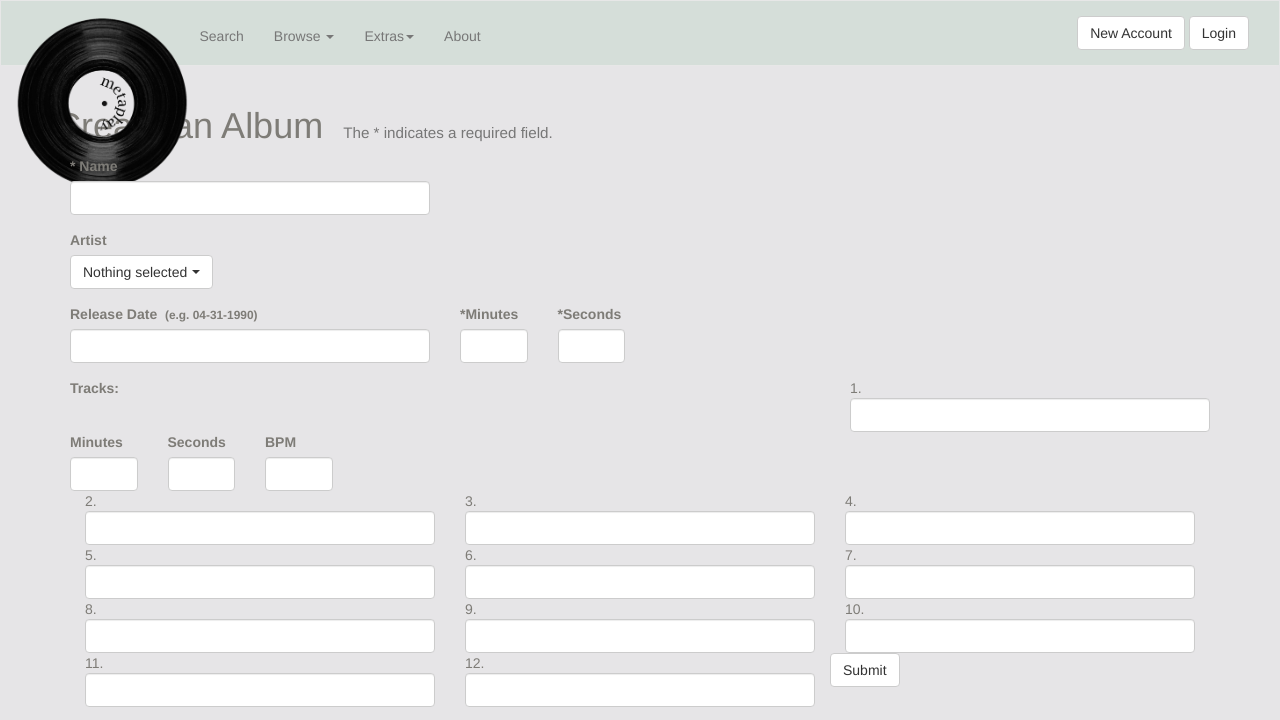
Repository: dRiott/Metaplay
Page: http://localhost/metaplay/WEB-INF/views/album_add.jsp
An editor plug-in stored every save of this project. The page is shown before and after the next save, followed by the edit.
The browser window is 1280 px wide. The pictures show the whole page.
Some web libraries are served in a nearby version. The page is served by Tomcat 9. Nobody is signed in. Other server files are loaded and not shown. The template is opened directly, without the code that normally fills it, so the values that code supplies are empty.

Above is the page before, as saved 2015-09-29 20:49:20.
Console error: TypeError: Cannot set properties of null (setting 'value')

### metaplay/src/main/webapp/WEB-INF/views/album_add.jsp
<%@ page language="java" contentType="text/html; charset=ISO-8859-1"
	pageEncoding="ISO-8859-1"%>
<%@ taglib uri="http://www.springframework.org/tags" prefix="spring"%>
<%@ taglib uri="http://www.springframework.org/tags/form" prefix="form"%>
<%@ taglib prefix="c" uri="http://java.sun.com/jsp/jstl/core"%>

<!DOCTYPE html>
<html>
<head>
<meta http-equiv="Content-Type" content="text/html; charset=ISO-8859-1">
<title>Album Manager</title>

<link rel="stylesheet" href="https://maxcdn.bootstrapcdn.com/bootstrap/3.3.4/css/bootstrap.min.css">
<link rel="stylesheet" href="<spring:url value="/resources/css/home.css"/>" type="text/css" />
<link rel="stylesheet" href="<spring:url value="/resources/css/bootstrap-select.min.css"/>" type="text/css" />
<script src="https://ajax.googleapis.com/ajax/libs/jquery/1.11.2/jquery.min.js"></script>
<script src="https://maxcdn.bootstrapcdn.com/bootstrap/3.3.4/js/bootstrap.min.js"></script>
<script src="<spring:url value="/resources/js/bootstrap-select.min.js"/>"></script>

</head>
<body>

	<jsp:include page="../views/fragments/landingPageFragment.jsp"></jsp:include>

	<div class="container">

		<div class="row">
			<h1>Create an Album&nbsp&nbsp<small><small>The * indicates a required field.</small></small></h1>
		</div>

		<spring:url value="/album/review" var="thisFormURL" />
		<form:form action="${thisFormURL}" method="post" modelAttribute="createAlbumWrapper" onsubmit="return validate(this);">
		<form:errors path="*" element="div" cssClass="errors"/>
	        	<div class="form-group">
					<div class="row">
						<div class="col-md-4">
							<label for="albumName">* Name</label>
							<form:input type="text" path="name" id="albumName" cssClass="form-control" cssErrorClass="has-error"/>
						</div>
					</div>
					<div class="form-group" style="float:clear;"></div>

						<!-- BEGIN Artist -->
					<div class="row">
						<div class="col-md-1">
							<label for="albumArtistName">Artist</label>
							<form:select path="artistFromList" cssClass="selectpicker" id="albumArtistName" >
								<form:options items="${artistOptions}" />
							</form:select>
						</div>
					</div>
					<div class="form-group" style="float:clear;"></div>
					<div class="form-group" id="newAlbumArtistName" style="display:none;">
						<hr/>
						<label for="newAlbumArtistName" style="font-style:italic;">New Artist:</label>
						<form:input cssClass="form-control" type="text" path="theNewArtist" id="newAlbumArtistNameInput" cssErrorClass="has-error" />
					<div class="form-group" style="float:clear;"></div>
						<label for="newAlbumArtistButton" style="font-style:italic;">Or...</label>
						<a href="<spring:url value="/artist/add"/>" class="btn btn-default">Go To Add Artist Page</a>
						<hr/>
					</div>
					<!-- END Artist -->

					<div class="form-group" style="float:clear;"></div>

					<div class="row">
						<div class="col-md-4">
							<label for="albumReleaseDate">Release Date&nbsp&nbsp<small>(e.g. 04-31-1990)</small></label>
							<form:input path="releaseDate" cssClass="form-control"
								id="albumReleaseDate" />
						</div>

						<div class="col-md-1">
							<label for="albumLengthMinutes">*Minutes</label>
							<form:input path="lengthMinutes" id="albumLengthSeconds"  cssClass="form-control"/>
						</div>

						<div class="col-md-1">
							<label for="albumLengthSeconds">*Seconds</label>
							<form:input path="lengthSeconds" id="albumLengthSeconds" cssClass="form-control"/>
						</div>
					</div>

					<div class="form-group" style="float:clear;"></div>

					<div class="row">
						<div class="col-md-8">
							<label for="albumTrack">Tracks: </label>
						</div>

						<div class="col-md-4">
							<span>1. </span>
							<form:input path="tracks[0].name" cssClass="form-control" id="albumTrack1" />
						</div>
						<div class="col-md-1">
							<label for="trackLengthMinutes">Minutes</label>
							<form:input path="tracks[0].minutes" id="trackLengthMinutes"  cssClass="form-control"/>
						</div>

						<div class="col-md-1">
							<label for="trackLengthSeconds">Seconds</label>
							<form:input path="tracks[0].seconds" id="trackLengthSeconds" cssClass="form-control"/>
						</div>
						<div class="col-md-1">
							<label for="trackBpm">BPM</label>
							<form:input path="tracks[0].bpm" cssClass="form-control" id="trackBpm" />
						</div>
						</div>
						<div class="col-md-4 showNextTrack">
							<span>2. </span>
							<form:input path="tracks[1].name" cssClass="form-control" id="albumTrack2" />
						</div>
						<div class="col-md-4 showNextTrack">
							<span>3. </span>
							<form:input path="tracks[2].name" cssClass="form-control" id="albumTrack3" />
						</div>
						<div class="col-md-4 showNextTrack">
							<span>4. </span>
							<form:input path="tracks[3].name" cssClass="form-control" id="albumTrack4" />
						</div>
						<div class="col-md-4">
							<span>5. </span>
							<form:input path="tracks[4].name" cssClass="form-control" id="albumTrack5" />
						</div>
						<div class="col-md-4">
							<span>6. </span>
							<form:input path="tracks[5].name" cssClass="form-control" id="albumTrack6" />
						</div>
						<div class="col-md-4">
							<span>7. </span>
							<form:input path="tracks[6].name" cssClass="form-control" id="albumTrack7" />
						</div>
						<div class="col-md-4 showNextTrack">
							<span>8. </span>
							<form:input path="tracks[7].name" cssClass="form-control" id="albumTrack8" />
						</div>
						<div class="col-md-4 showNextTrack">
							<span>9. </span>
							<form:input path="tracks[8].name" cssClass="form-control" id="albumTrack9" />
						</div>
						<div class="col-md-4 showNextTrack">
							<span>10. </span>
							<form:input path="tracks[9].name" cssClass="form-control" id="albumTrack10" />
						</div>
						<div class="col-md-4 showNextTrack">
							<span>11. </span>
							<form:input path="tracks[10].name" cssClass="form-control" id="albumTrack11" />
						</div>
						<div class="col-md-4" id="12">
							<span>12. </span>
							<form:input path="tracks[11].name" cssClass="form-control" id="albumTrack12" />
						</div>

						<div class="col-md-4" style="display:none;" id="13">
							<span>13. </span>
							<form:input path="tracks[12].name" cssClass="form-control" id="albumTrack13" />
						</div>
						<div class="col-md-4" style="display:none;" id="14">
							<span>14. </span>
							<form:input path="tracks[13].name" cssClass="form-control" id="albumTrack14" />
						</div>
						<div class="col-md-4" style="display:none;" id="15">
							<span>15. </span>
							<form:input path="tracks[14].name" cssClass="form-control" id="albumTrack15" />
						</div>
						<div class="col-md-4" style="display:none;" id="16">
							<span>16. </span>
							<form:input path="tracks[15].name" cssClass="form-control" id="albumTrack16" />
						</div>
						<div class="col-md-4" style="display:none;" id="17">
							<span>17. </span>
							<form:input path="tracks[16].name" cssClass="form-control" id="albumTrack17" />
						</div>
						<div class="col-md-4" style="display:none;" id="18">
							<span>18. </span>
							<form:input path="tracks[17].name" cssClass="form-control" id="albumTrack18" />
						</div>
						<div class="col-md-4" style="display:none;" id="19">
							<span>19. </span>
							<form:input path="tracks[18].name" cssClass="form-control" id="albumTrack19" />
						</div>
						<div class="col-md-4" style="display:none;" id="20">
							<span>20. </span>
							<form:input path="tracks[19].name" cssClass="form-control" id="albumTrack20" />
						</div>
						<div class="col-md-4" style="display:none;" id="21">
							<span>21. </span>
							<form:input path="tracks[20].name" cssClass="form-control" id="albumTrack21" />
						</div>
						<div class="col-md-4" style="display:none;" id="22">
							<span>22. </span>
							<form:input path="tracks[21].name" cssClass="form-control" id="albumTrack22" />
						</div>
						<div class="col-md-4" style="display:none;" id="23">
							<span>23. </span>
							<form:input path="tracks[22].name" cssClass="form-control" id="albumTrack23" />
						</div>
						<div class="col-md-4" style="display:none;" id="24">
							<span>24. </span>
							<form:input path="tracks[23].name" cssClass="form-control" id="albumTrack24" />
						</div>
						<div class="col-md-4" style="display:none;" id="25">
							<span>25. </span>
							<form:input path="tracks[24].name" cssClass="form-control" id="albumTrack25" />
						</div>
						<div class="col-md-4" style="display:none;" id="26">
							<span>26. </span>
							<form:input path="tracks[25].name" cssClass="form-control" id="albumTrack26" />
						</div>
						<div class="col-md-4" style="display:none;" id="27">
							<span>27. </span>
							<form:input path="tracks[26].name" cssClass="form-control" id="albumTrack27" />
						</div>
						<div class="col-md-4" style="display:none;" id="28">
							<span>28. </span>
							<form:input path="tracks[27].name" cssClass="form-control" id="albumTrack28" />
						</div>
						<div class="col-md-4" style="display:none;" id="29">
							<span>29. </span>
							<form:input path="tracks[28].name" cssClass="form-control" id="albumTrack29" />
						</div>
						<div class="col-md-4" style="display:none;" id="30">
							<span>30. </span>
							<form:input path="tracks[29].name" cssClass="form-control" id="albumTrack30" />
						</div>
					</div>

					<div class="form-group" style="float:clear;"></div>

					<button type="submit" class="btn btn-default">Submit</button>
				</div>
		</form:form>
	</div>

	<script src="<spring:url value="/resources/js/albumAddShowHide.js"/>"></script>

</body>
</html>

### metaplay/src/main/webapp/WEB-INF/views/fragments/landingPageFragment.jsp
<%@ taglib prefix="spring" uri="http://www.springframework.org/tags"%>
<%@ taglib prefix="c" uri="http://java.sun.com/jsp/jstl/core"%>
<%@ taglib uri="http://www.springframework.org/tags/form" prefix="form"%>

<nav class="navbar navbar-default">
	<div class="container-fluid drNavDiv">

		<!-- Logo -->
		<div class="imageLogoDiv" >
			<a class="navbar-brand" href="<spring:url value="/"/>">
				<img class="imageLogo logo" src="<spring:url value="/resources/img/vinylDark.gif" />" id="logo"	alt="logoDark.gif" style="width:auto\9"/>
				<img class="imageLogoLayer logo" src="<spring:url value="/resources/img/vinyl.gif" />" id="logoLightLayer" alt="logoLight.gif" style="width:auto\9"/>
			</a>
		</div>

		<!-- BEGIN HEADER LINKS -->
		<div class="DRnavBarDiv">
			<ul class="nav navbar-nav" style="padding-top: 10px;">

				<!-- Search -->
				<li><a id="searchLink" href="<spring:url value="/search"/>">Search</a></li>

				<!-- Browse -->
				<li class="dropdown"><a href="#" class="dropdown-toggle"
					data-toggle="dropdown" role="button" aria-expanded="false">Browse <span class="caret"></span></a>
					<ul class="dropdown-menu" role="menu">
						<li><a href="<spring:url value="/browse/accounts"/>">Accounts</a></li>
						<li><a href="<spring:url value="/browse/albums"/>">Albums</a></li>
						<li><a href="<spring:url value="/browse/artists"/>">Artists</a></li>
						<li><a href="<spring:url value="/browse/genres"/>">Genres</a></li>
						<li><a href="<spring:url value="/browse/locations"/>">Locations</a></li>
						<li><a href="<spring:url value="/browse/members"/>">Members</a></li>
						<li><a href="<spring:url value="/browse/playlists"/>">Playlists</a></li>
						<li><a href="<spring:url value="/browse/recordlabels"/>">Record Labels</a></li>
						<li><a href="<spring:url value="/browse/tracks"/>">Tracks</a></li>
					</ul>
				</li>

				<!-- More -->
				<li class="dropdown"><a href="#" class="dropdown-toggle"
					data-toggle="dropdown" role="button" aria-expanded="false">Extras<span class="caret"></span></a>
					<ul class="dropdown-menu" role="menu">
						<li><a href="<spring:url value="/payment/process"/>">Payment</a></li>
						<li><a href="<spring:url value="/role/add"/>">Roles</a></li>
					</ul>
				</li>

				<!-- About -->
				<li><a href="<spring:url value="/about"/>">About</a></li>

			</ul>
		</div>

		<!-- Accountname / New Account, Logout -->
		<c:set var="authentication" value="${pageContext.request.userPrincipal}"/>
		<c:choose>
			<c:when test="${authentication!=null}">
				<c:set var="currentUser" value="${authentication.name}"/>
				<c:url var="logoutUrl" value="/logout"/>
				<!-- Form MUST BE A POST TO PROTECT AGAINST CROSS-SITE REQUEST FORGERY -->
				<form:form class="navbar-form pull-right" action="${logoutUrl}" method="post">
					<input type="submit" class="btn btn-default drHeaderButton" value="Logout" />
				</form:form>
				<p class="navbar-text pull-right">
					<c:out value="${currentUser}"/>
				</p>
			</c:when>
			<c:otherwise>
				<p class="navbar-text pull-right">
					<c:url value="/account/add" var="accountAddUrl"/>
					<c:url value="/account/login" var="loginUrl"/>
					<a href="${accountAddUrl}" class="btn btn-default drHeaderButton">New Account</a>
					<a href="${loginUrl}" class="btn btn-default drHeaderButton">Login</a>
				</p>
			</c:otherwise>
		</c:choose>

	</div>
</nav>

### metaplay/src/main/webapp/resources/css/home.css
/**
The padding for the main containers are all set with javascript in footer.js based on the position of the Search nav item.
*/

html {
    /*prevents horizontal scrolling*/
    max-width: 100%;
    overflow-x: hidden;
}

body {
	background: #e6e5e7 fixed bottom right no-repeat;
	background-size: 500px Auto;
	font-family: Helvetica Neue, Helvetica, Arial, sans-serif;
    color: #7E7C77;

    /*prevents horizontal scrolling*/
    max-width: 100%;
    overflow-x: hidden;
}

audio {
    background-color: #EEEEEE;
}

/* hr elements appear on browsing pages, and occasionally add pages. */
hr {
    margin-left:0;
    width: 40%;
}

/* styling of the anchor tags */
a {
  text-decoration: inherit;
  font-style: inherit;
  color: #6c9985;
}

a:hover {
 text-decoration: underline;
 color: #618975;
}

/* a:visited {
	border: none;
	text-decoration: none;
	font-style: normal;
	color: #FC9D9A;
} */

/* e.g. on about.jsp */
a.mono {
    font-family: monospace, sans-serif;
    font-style: italic;
}

/* any input box -- set to change the shadow and border */
.form-control:focus {
  border-color: #99B2B7;
  box-shadow: inset 0 1px 1px rgba(0, 0, 0, 0.075), 0 0 8px rgba(153,178,183, 0.6);
}

/* h1 at the top of almost every page. */
.dH1 {
    font-family: Helvetica Neue, Helvetica, Arial, sans-serif;
    font-style: italic;
    color: #7E7C77;
    /* slategray; Pachyderm by Yasmino: #7A6A53 */
}

.drHeaderButton {
	/* css for the buttons in the header navbar*/
}

/* header nav bar! */
.drNavDiv {
	/*
	dark grey blue: C5E0DC
	grey green: #D5DED9
	bond: #D5DED9
	current fave: #C5E0DC
	*/
	background-color:#D5DED9;
	color: #948C75;
}

/* used for notifying the user of certain privileges they don't have if they're not logged in or have the right role. */
.drSecurity {
    font-family: monospace, sans-serif;
    font-style: italic;
    color: #7E7C77;
}


/* any span used for slight horizontal spacing */
.dSpan {
    padding-left: 10px;
}

/* spacing to clear left of the logo */
.DRnavBarDiv{
	padding-left: 13.5%;
}

/* div containing the logo */
.imageLogoDiv{
	display:block;
	clear:right;
}

/* logo itself: under-layer */
.imageLogo {
	width:13.5%;
	max-width:180px;
	position: absolute;
    clear: both;
   	height:auto;

    /* Spin only the record, not the glossy logoLayer.*/
	-webkit-animation:spin 4s linear infinite;
    -moz-animation:spin 4s linear infinite;
    animation:spin 4s linear infinite;
}

/* Spin the Logo! */
@-moz-keyframes spin { 100% { -moz-transform: rotate(360deg); } }
@-webkit-keyframes spin { 100% { -webkit-transform: rotate(360deg); } }
@keyframes spin { 100% { -webkit-transform: rotate(360deg); transform:rotate(360deg); } }

/* the lighter logo layer on top of the logo*/
.imageLogoLayer {
	width:13.5%;
	opacity: .4;
	max-width:180px;
    position: absolute;
    clear: both;
   	height:auto;
}

/* This class is added to tables that I wanted to not take up all of the page. Now, they look nicer. */
.browseTable {
	width: 80%;
}

/* This handles the ?error url param for incorrect account/password combinations,
	 and also #messageDiv on the single_playlist.jsp */
.error {
    font-family: monospace, sans-serif;
    font-style: italic;
    padding: 15px;
    margin-bottom: 20px;
    border: #ebccd1 1px solid;
    border-radius: 4px;
    color: #E08E79;
    background-color: #f2dede;
}

/* This handles the ?logout url param for the index page,
	and also #messageDiv on the single_playlist.jsp */
.msg {
	margin-left: 15px;
	padding: 15px;
	border: #b3bcba 1px solid;
	border-radius: 4px;
	color: #7E7C77;
	background-color: #D5DED9;
}

/* this class is added to the body of pages that need to have their positioning changed on page load.
	they are first repositioned as invisible to the page, then they are revealed (this class is removed) */
.delayedReveal {
    visibility: hidden;
}

/* override the default hightlight color */
::selection {
  background: #ffb7b7; /* WebKit/Blink Browsers */
}
::-moz-selection {
  background: #ffb7b7; /* Gecko Browsers */
}

### metaplay/src/main/webapp/resources/js/albumAddShowHide.js

$(document).ready(function () {

	//Artist Options "Other" Box Hide/Unhide
	var selectOtherAR = $("#albumArtistName");
	selectOtherAR.change(function(){
		var inputBoxAR = $("#newAlbumArtistName");
		var artistAddButton = $("#newAlbumArtistAddButton");
		if(selectOtherAR.val()=="** New Artist **") {
			inputBoxAR.show();
			artistAddButton.show();
		} else {
			inputBoxAR.hide();
			artistAddButton.hide();
		}
	});

	// new record label show/hide
	var selectOtherRL = $("#recordLabelName");
	selectOtherRL.change(function(){
		var inputBoxRL = $("#newRecordLabelName");
		var recordLabelLocationDiv = $("#newRecordLabelLocation");
		var hr1 = $("#recordLabelHr1");
		var hr2 = $("#recordLabelHr2");
		var newCountryDiv = $("#newCountryDiv");

		if(selectOtherRL.val()=="** New Record Label **") {
			inputBoxRL.show();
			recordLabelLocationDiv.show();
			hr1.show();
			hr2.show();
			newCountryDiv.show();
		} else {
			inputBoxRL.hide();
			recordLabelLocationDiv.hide();
			hr1.hide();
			hr2.hide();
			newCountryDiv.hide();
		}
	}); //end record label on change

	var rlCountries = $("#rlCountries");
	if(rlCountries.val()=="** New Country **") {
		console.log("new country");

	}

	rlCountries.change(function() {
		var newCountry = $("#rlCountry");
		var rlState = $("#rlState");
		var city = $("#recordLabelCity");

		if(rlCountries.val()=="United States") {
			rlState.show();
			newCountry.hide();
			city.attr("placeholder", "Birmingham");
		} else if (rlCountries.val()=="** New Country **") {
			city.focus();
			city.blur(function () {
				newCountry.focus()
			})

			rlState.hide();
			newCountry.attr("placeholder", "England");
			newCountry.show();
			city.attr("placeholder", "London");
		} else {
			rlState.hide();
			newCountry.hide();
		}
	});


	//gets rid of the Album Length zeros on load
	$("#albumMinutes").val("");
	$("#albumSeconds").val("");

	//gets rid of the zeros on load
	for(var i = 1; i<31; i++){
		var minutesId = "minutes" + i;
		var minutes = document.getElementById(minutesId);
		minutes.value = "";
		var secondsId = "seconds" + i;
		var seconds = document.getElementById(secondsId);
		seconds.value = "";
		var bpmId = "bpm" + i;
		var bpm = document.getElementById(bpmId);
		bpm.value = "";
	}

}); // end document.ready

//repopulates the zeros to prevent number format error
function ensureVoidsAreZeroes() {
	var bpms = $(".bpm");
	for(var i = 1; i<31; i++){
		var minutesId = "minutes" + i;
		var minutes = document.getElementById(minutesId);
		if(minutes.value == "") {
			minutes.value = 0;
		};
		var secondsId = "seconds" + i;
		var seconds = document.getElementById(secondsId);
		if(seconds.value == "") {
			seconds.value = 0;
		};
		var bpmId = "bpm" + i;
		var bpm = document.getElementById(bpmId);
		if(bpm.value == "") {
			bpm.value = 0;
		};
	}

	var albumMinutes = document.getElementById("albumMinutes");
	if(albumMinutes.value == "") {
		albumMinutes.value = 0;
	};
	var albumSeconds = document.getElementById("albumSeconds");
	if(albumSeconds.value == "") {
		albumSeconds.value = 0;
	};
}

//scrolls the window down as a new track is shown.
function reveal(id) {
	id += 1;
	element = document.getElementById(id);
	element.style.display="inline";
	if(id>2) {
//		window.scrollTo(0,document.body.scrollHeight);
		scrollToElement(element, 1000);
	}
}

var scrollToElement = function(element, ms){
    var speed = (ms) ? ms : 600;
    $('html,body').animate({
        scrollTop: $(element).offset().top
    }, speed);
}

// specify id of element and optional scroll speed as arguments

Loaded but not shown: metaplay/src/main/webapp/resources/css/bootstrap-select.min.css (library); metaplay/src/main/webapp/resources/js/bootstrap-select.min.js (library)

After the next save:
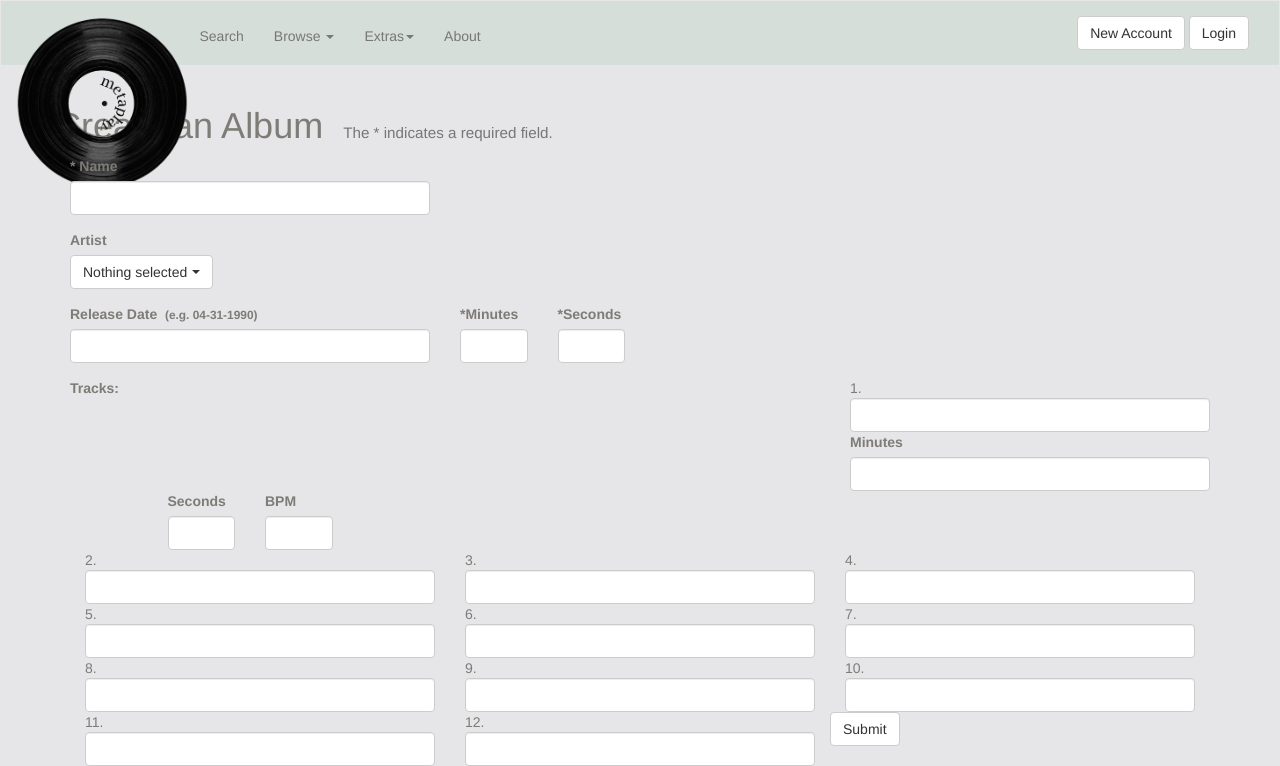
Saved 16 s later.
--- a/metaplay/src/main/webapp/WEB-INF/views/album_add.jsp
+++ b/metaplay/src/main/webapp/WEB-INF/views/album_add.jsp
@@ -91,10 +91,10 @@
 						<div class="col-md-4">
 							<span>1. </span>
 							<form:input path="tracks[0].name" cssClass="form-control" id="albumTrack1" />
-						</div>
-						<div class="col-md-1">
 							<label for="trackLengthMinutes">Minutes</label>
 							<form:input path="tracks[0].minutes" id="trackLengthMinutes"  cssClass="form-control"/>
+						</div>
+						<div class="col-md-1">
 						</div>
 
 						<div class="col-md-1">
